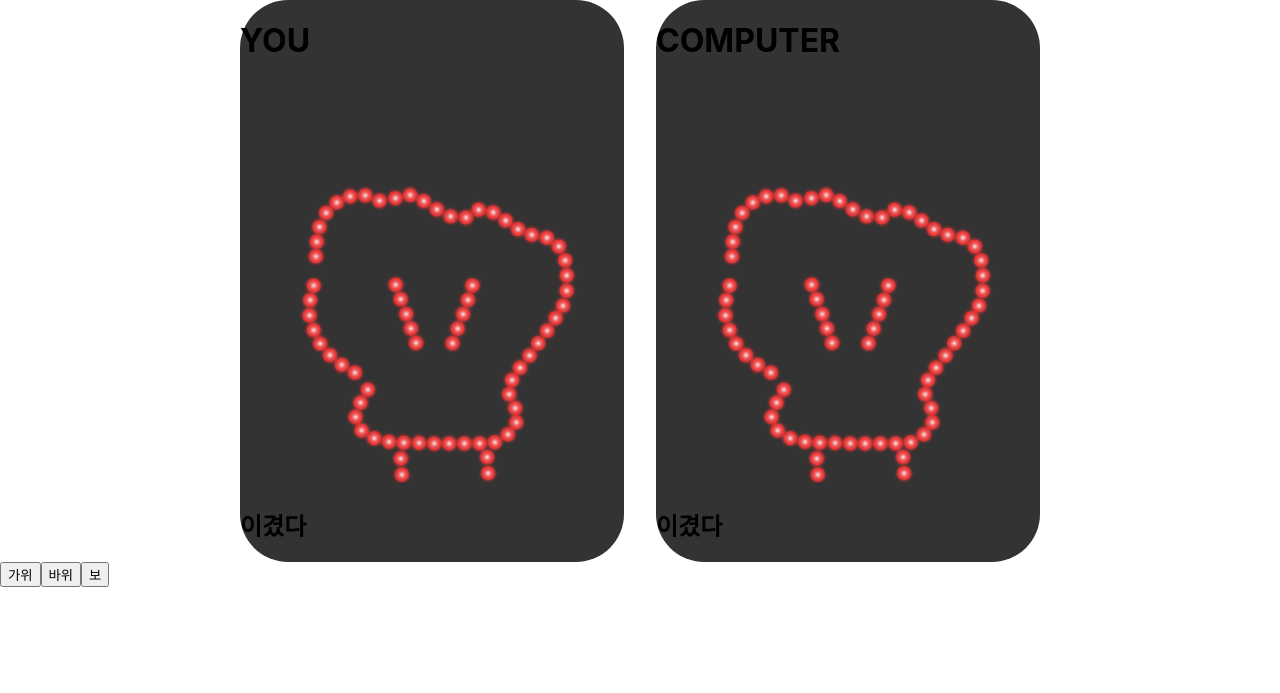
Repository: KIMMIHYE12/classComponent
Page: /
The author's editor kept a copy of each file at every save. The page is drawn from the files as they stood at one save, then again after the next save.
The browser window is 1280 px wide. The pictures show the whole page.
The project was rebuilt for these pictures with package versions that can differ from the ones it lists, and the page was loaded fresh each time.

Above is the page before, as saved 2024-03-18 20:51:26.

### src/App.js
import "./App.css";
import { Box } from "./component/Box";

function App() {
  return (
    <>
      <div className='game_screen'>
        <Box title='YOU' />
        <Box title='COMPUTER' />
      </div>
      <div>
        <button>가위</button>
        <button>바위</button>
        <button>보</button>
      </div>
    </>
  );
}

export default App;

### src/App.css
.game_screen {
  width: 100%;
  display: flex;
  justify-content: center;
}
.box {
  width: 30%;
  margin: 0 1em;
  background: #333;
  border-radius: 3rem;
}
img {
  width: 100%;
}

### src/component/Box.js
import React from "react";

export const Box = (props) => {
  console.log(props);
  return (
    <div className='box'>
      <h1>{props.title}</h1>
      <img src='/images/rock.png' />
      <h2>이겼다</h2>
    </div>
  );
};

Loaded but not shown: public/index.html (common file); src/index.js (common file); src/index.css (common file); src/reportWebVitals.js (common file)

After the next save:
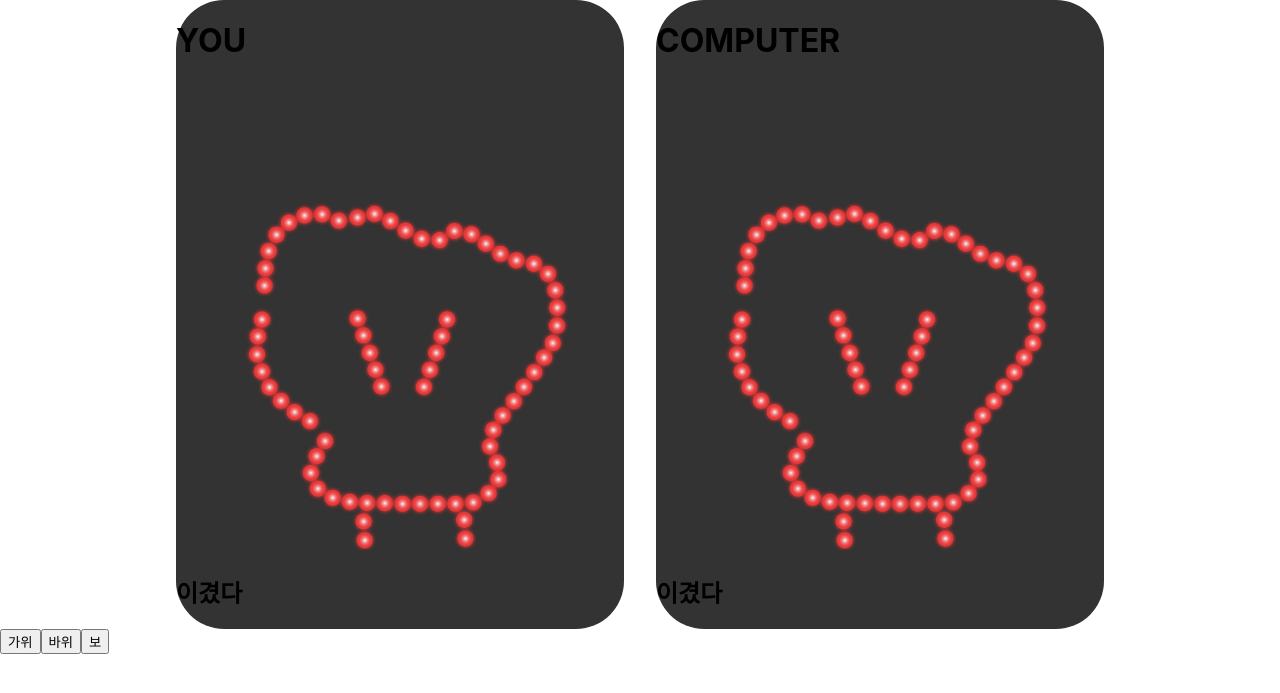
Saved 13 s later.
--- a/src/App.css
+++ b/src/App.css
@@ -4,7 +4,7 @@
   justify-content: center;
 }
 .box {
-  width: 30%;
+  width: 35%;
   margin: 0 1em;
   background: #333;
   border-radius: 3rem;
